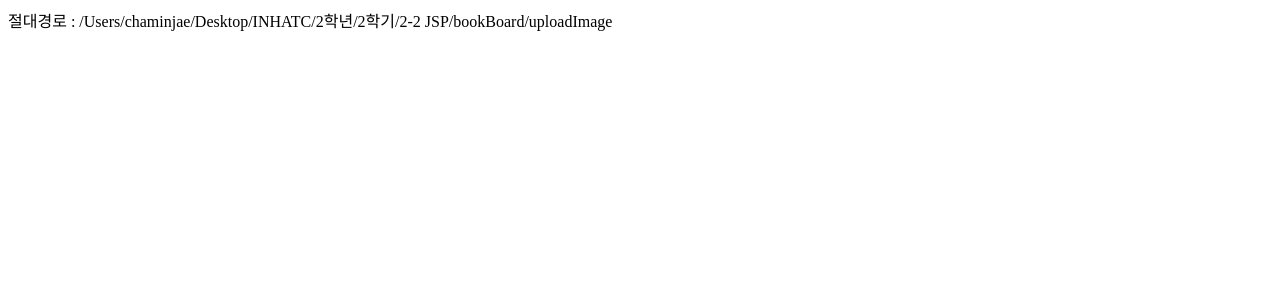
Repository: charmingjae/swproject
Page: http://localhost/bookBoard/writeChk.jsp
An editor plug-in stored every save of this project. The page is shown before and after the next save, followed by the edit.
The browser window is 1280 px wide. The pictures show the whole page.
The page is served by Tomcat 9. Other server files are loaded and not shown.

Above is the page before, as saved 2019-12-18 09:19:17.

### JSP/bookBoard/bookBoard/WebContent/writeChk.jsp
<%@ page language="java" contentType="text/html; charset=UTF-8"
    pageEncoding="UTF-8"%>
<%@ page import="java.sql.*" %>

<!-- 파일업로드 위한 라이브러리 임포트 -->



<%@ page import="java.io.File" %>

<!-- 파일 이름이 동일한게 나오면 자동으로 다른걸로 바꿔주고 그런 행동 해주는것 -->

<%@ page import="com.oreilly.servlet.multipart.DefaultFileRenamePolicy" %>

<!-- 실제로 파일 업로드 하기 위한 클래스 -->

<%@ page import="com.oreilly.servlet.MultipartRequest" %>

<!-- 위에것들 head 태그 위에 추가해줄 것 -->
<!DOCTYPE html>
<html>
<head>
<meta charset="UTF-8">
<title> write Check </title>
</head>
<body>
	<%


		// 해당 폴더에 이미지를 저장시킨다






		try{



			String stu_no = "";
			String stu_name = "";
			String stu_grade = "";
			String stu_class = "";
			String seller_tel = "";
			stu_no = (String)session.getAttribute("stu_no");


			String uploadDir =this.getClass().getResource("").getPath();

			 uploadDir = "/Users/chaminjae/Desktop/INHATC/2학년/2학기/2-2 JSP/bookBoard/uploadImage";

			 out.println("절대경로 : " + uploadDir + "<br/>");





			// 총 100M 까지 저장 가능하게 함

			int maxSize = 1024 * 1024 * 100;

			String encoding = "UTF-8";



			// 사용자가 전송한 파일정보 토대로 업로드 장소에 파일 업로드 수행할 수 있게 함

			MultipartRequest multipartRequest

			= new MultipartRequest(request, uploadDir, maxSize, encoding,

					new DefaultFileRenamePolicy());


			String bookName = multipartRequest.getParameter("bookname");
			String publisher = multipartRequest.getParameter("publisher");
			String prof = multipartRequest.getParameter("prof");
			String status = multipartRequest.getParameter("status");
			String summary = multipartRequest.getParameter("summary");
			String tradenum = multipartRequest.getParameter("tradenum");




	              // 중복된 파일이름이 있기에 fileRealName이 실제로 서버에 저장된 경로이자 파일

	              // fineName은 사용자가 올린 파일의 이름이다

			// 이전 클래스 name = "file" 실제 사용자가 저장한 실제 네임

			String fileName = multipartRequest.getOriginalFileName("file");

			// 실제 서버에 업로드 된 파일시스템 네임

			String fileRealName = multipartRequest.getFilesystemName("file");




			Class.forName("com.mysql.jdbc.Driver");

			Connection conn = null;
			Statement stat	= null;
			PreparedStatement pstat = null;
			ResultSet rs1 	= null;
			ResultSet rs2 	= null;

			String jdbcDriver = "jdbc:mysql://localhost:3306/bookDB?"+
								"useSSl=false&serverTimezone=UTC";

			String dbUser = "root";
			String dbPass = "1234";



			//2. 데이터베이스 커넥션 생성
			conn = DriverManager.getConnection(jdbcDriver,dbUser,dbPass);

			String sqlQ = "SELECT STU_NO, STU_NAME, STU_GRADE, STU_CLASS, STU_TEL FROM MEMBER_INFO WHERE STU_NO = '" + stu_no + "'";

			//3. 쿼리를 위한 Statement 생성
			stat = conn.createStatement();

			//4. 쿼리 실행.
			rs1 = stat.executeQuery(sqlQ);


			while(rs1.next()){
				stu_name = rs1.getString("STU_NAME");
				stu_grade = rs1.getString("STU_GRADE");
				stu_class = rs1.getString("STU_CLASS");
				seller_tel = rs1.getString("STU_TEL");
			}

			String seller = stu_grade + "-" + stu_class + "-" + stu_name;


			String sql =  "INSERT INTO bookInfo(bookName, publisher, prof, status, seller, summary, stu_no, seller_tel, fileName, fileRealName ) "+
							"VALUES(?,?,?,?,?,?,?,?,?,?)";


			int result = 0;




		 	pstat = conn.prepareStatement(sql);
			pstat.setString(1, bookName);
			pstat.setString(2, publisher);
			pstat.setString(3, prof);
			pstat.setString(4, status);
			pstat.setString(5, seller);
			pstat.setString(6, summary);
			pstat.setString(7, stu_no);
			pstat.setString(8, seller_tel);
			pstat.setString(9, fileName);
			pstat.setString(10, fileRealName);

			result = pstat.executeUpdate();


/* 			request.setAttribute("empCheck", empCheck);
			request.setAttribute("result", result); */

			// 디비에 업로드 메소드

			out.write("파일명 : " + fileName + "<br>");

			out.write("실제파일명 : " + fileRealName + "<br>");

			/////////////////////////////////////////////////

			pstat.close();
			conn.close();


			%>
			<script type="text/javascript">
			alert("등록 성공");
			location.href = "queryBook.jsp";
			</script>
			<%
			////////////////////////
		}catch(Exception e){
			System.out.println(e.getMessage());

		}





	%>

</body>
</html>

After the next save:
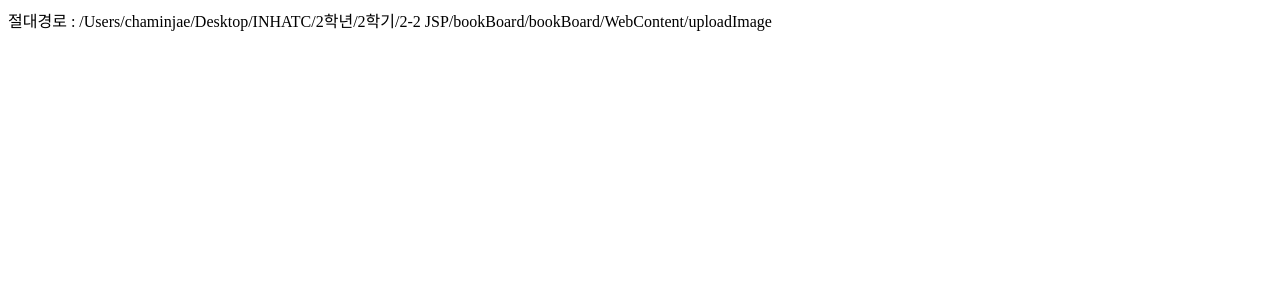
Saved 23 s later.
--- a/JSP/bookBoard/bookBoard/WebContent/writeChk.jsp
+++ b/JSP/bookBoard/bookBoard/WebContent/writeChk.jsp
@@ -48,7 +48,7 @@
 
 			String uploadDir =this.getClass().getResource("").getPath();
 
-			 uploadDir = "/Users/chaminjae/Desktop/INHATC/2학년/2학기/2-2 JSP/bookBoard/uploadImage";
+			 uploadDir = "/Users/chaminjae/Desktop/INHATC/2학년/2학기/2-2 JSP/bookBoard/bookBoard/WebContent/uploadImage";
 
 			 out.println("절대경로 : " + uploadDir + "<br/>");
 
